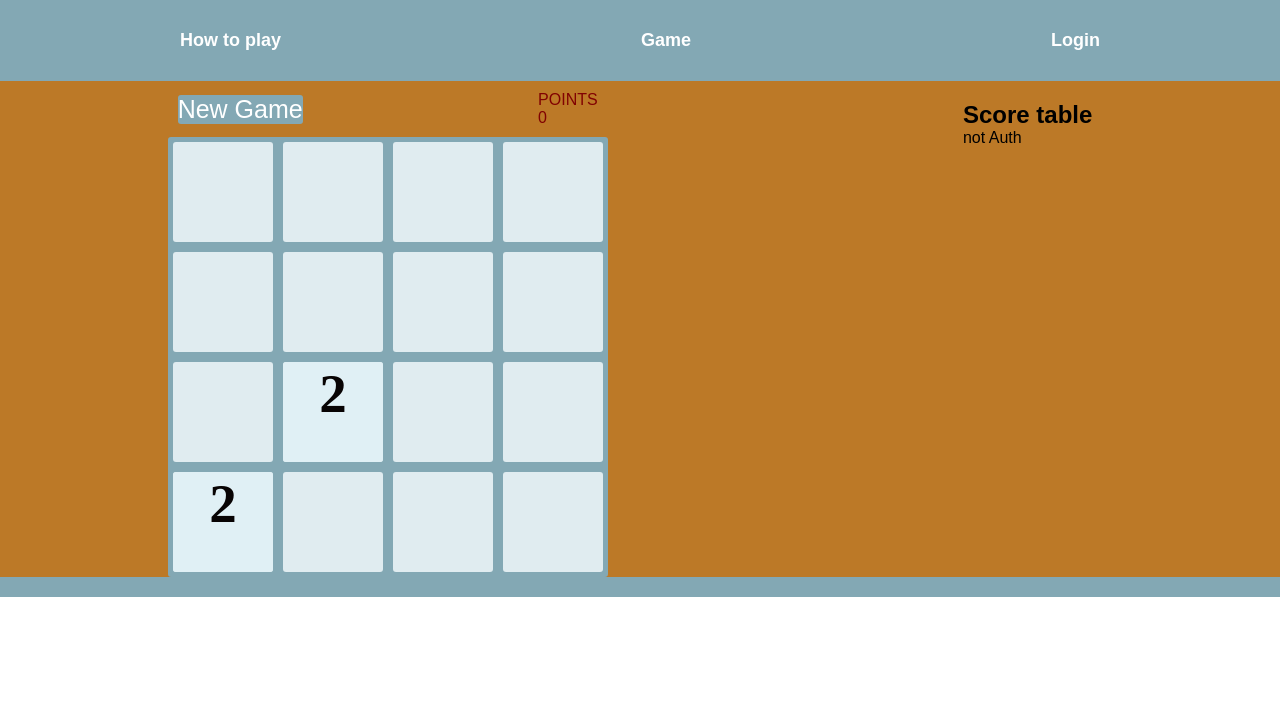
Repository: nika-otter/2048
Page: / (app in client/)
The author's editor kept a copy of each file at every save. The page is drawn from the files as they stood at one save, then again after the next save.
The browser window is 1280 px wide. The pictures show the whole page.
The project was rebuilt for these pictures with package versions that can differ from the ones it lists, and the page was loaded fresh each time. Also part of the build but not shown: client/src/components/Login/LoginForm.js, client/src/pages/account/index.jsx, client/src/components/Game/GameOverlay.jsx, client/src/pages/Instruction/index.jsx, client/src/pages/Login/index.jsx. Imported but missing from the stored project, and not drawn on this page: client/src/components/InstructionPage/InstructionPage.

Above is the page before, as saved 2023-04-30 14:44:38.

After the next save:
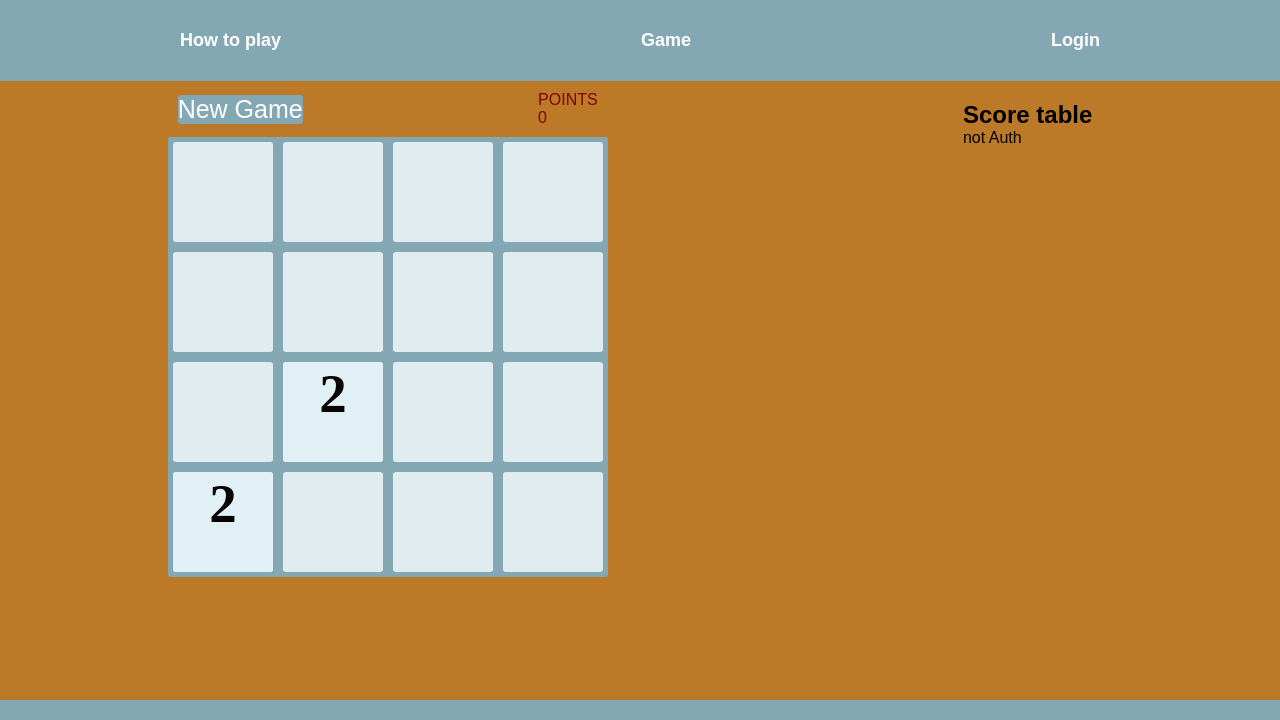
Saved 62 s later.
--- a/client/src/index.css
+++ b/client/src/index.css
@@ -14,9 +14,9 @@
   /* background-color: #ffffff;
   display: flex;
   justify-content: center;
-  align-items: center;
-  height: 100vh; */
-  height: 100%;
+  align-items: center;*/
+  height: 100vh;
+  /* height: 100%; */
 }
 
 code {

After the save that followed:
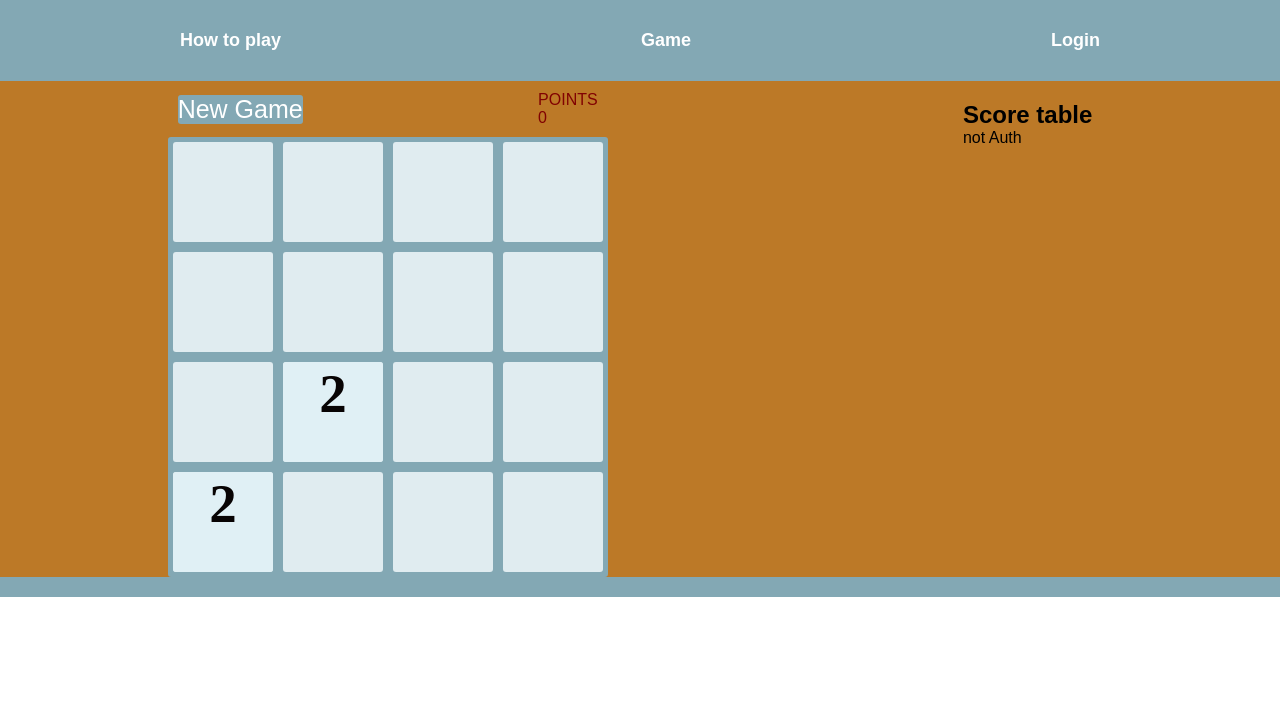
Saved 42 s later.
--- a/client/src/index.css
+++ b/client/src/index.css
@@ -15,8 +15,8 @@
   display: flex;
   justify-content: center;
   align-items: center;*/
-  height: 100vh;
-  /* height: 100%; */
+  /* height: 100vh; */
+  height: 100%;
 }
 
 code {
